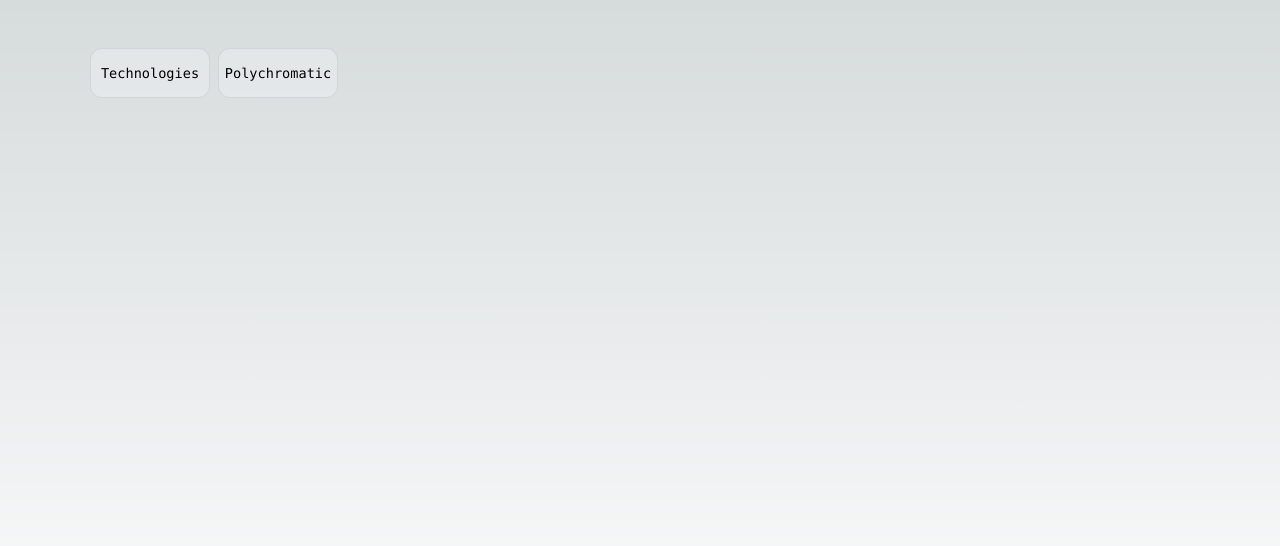
Repository: Baaam0/DCD_week7
Page: /
The author's editor kept a copy of each file at every save. The page is drawn from the files as they stood at one save, then again after the next save.
The browser window is 1280 px wide. The pictures show the whole page.
The page's requests for data from a server got no answer. Some web fonts or font styles are not loaded; a fallback is used. The project was rebuilt for these pictures with package versions that can differ from the ones it lists, and the page was loaded fresh each time. The framework's server and built-in components were replaced by stand-ins that run in the browser. No one was signed in, and anything a server would have sent is missing. Also part of the build but not shown: next.config.js.

Above is the page before, as saved 2023-02-18 02:02:14.

### pages/index.js
import Head from 'next/head'
import Image from 'next/image'
import styles from '@/styles/Home.module.css'
import { useEffect, useState } from 'react'
import axios from 'axios'
import Link from 'next/link'


export default function Home() {
  const [data, setData] = useState();

  const apiKey = "BKu0nr7SnBGOqKTSgWfcyr59UwXtwa7g3dY4YQrC";
  const url = `https://api.nasa.gov/techtransfer/patent/?q=10&engine&api_key=${apiKey}`

  const getTechTransferData = async () => {
    const res = await axios.get(url);
    const info = await res.data;
    console.log(info);
    setData(info)
  }

  useEffect(()=> {
    getTechTransferData();
  }, [])

  return (
    <>
      <Head>
        <title>Create Next App</title>
        <meta name="description" content="Generated by create next app" />
        <meta name="viewport" content="width=device-width, initial-scale=1" />
        <link rel="icon" href="/favicon.ico" />
      </Head>
      <main className={styles.main}>
        <div className={styles.description}>
          <p>
          <Link href="/">Technologies</Link>
          </p>
          <p>
          <Link href="/polychromatic">Polychromatic</Link>
          </p>
        </div>
        {
          data && data.results.map((tech, index) => {
            return (
              <div key={index}>
                {
                  tech && tech.map((t,ind) => {
                    if(ind === 10) {
                      return (
                        <div className={styles.box1}>
                          <Image src={t} alt={t} key={ind} width={120} height={120} className={styles.img}/>
                          <div className={styles.box}>
                            <div className={styles.txt}>
                              <h3>{tech[2]}</h3>
                              <p>{tech[3]}</p>
                            </div>
                          </div>
                        </div>
                      )
                    }
                  })
                }
              </div>
            )
          })
        }
      </main>
    </>
  )
}

### styles/Home.module.css
@import url('https://fonts.googleapis.com/css2?family=DotGothic16&display=swap');
@import url('https://fonts.googleapis.com/css2?family=Barlow:wght@300&display=swap');

.main {
  display: flex;
  flex-direction: column;
  justify-content: space-between;
  align-items: center;
  padding: 3rem;
  min-height: 100vh;
  background-color:
}

.description {
  display: flex;
  align-items: flex-start;
  font-size: 0.85rem;
  max-width: var(--max-width);
  width: 100%;
  z-index: 2;
  font-family: var(--font-mono);
}

.description a {
  display: flex;
  justify-content: center;
  align-items: center;
  gap: 0.5rem;
}

.description p {
  position: relative;
  margin-right: .5rem;
  padding: 1rem;
  background-color: rgba(var(--callout-rgb), 0.5);
  border: 1px solid rgba(var(--callout-border-rgb), 0.3);
  border-radius: var(--border-radius);
  width: 120px;
}

.code {
  font-weight: 700;
  font-family: var(--font-mono);
}

.grid {
  display: grid;
  grid-template-columns: repeat(4, minmax(25%, auto));
  width: var(--max-width);
  max-width: 100%;
}

.card {
  padding: 1rem 1.2rem;
  border-radius: var(--border-radius);
  background: rgba(var(--card-rgb), 0);
  border: 1px solid rgba(var(--card-border-rgb), 0);
  transition: background 200ms, border 200ms;
}

.card span {
  display: inline-block;
  transition: transform 200ms;
}

.card h2 {
  font-weight: 600;
  margin-bottom: 0.7rem;
}

.card p {
  margin: 0;
  opacity: 0.6;
  font-size: 0.9rem;
  line-height: 1.5;
  max-width: 30ch;
}

.center {
  display: flex;
  justify-content: center;
  align-items: center;
  position: relative;
  padding: 4rem 0;
}

.center::before {
  background: var(--secondary-glow);
  border-radius: 50%;
  width: 480px;
  height: 360px;
  margin-left: -400px;
}

.center::after {
  background: var(--primary-glow);
  width: 240px;
  height: 180px;
  z-index: -1;
}

.center::before,
.center::after {
  content: '';
  left: 50%;
  position: absolute;
  filter: blur(45px);
  transform: translateZ(0);
}

.logo,
.thirteen {
  position: relative;
}

.thirteen {
  display: flex;
  justify-content: center;
  align-items: center;
  width: 75px;
  height: 75px;
  padding: 25px 10px;
  margin-left: 16px;
  transform: translateZ(0);
  border-radius: var(--border-radius);
  overflow: hidden;
  box-shadow: 0px 2px 8px -1px #0000001a;
}

.thirteen::before,
.thirteen::after {
  content: '';
  position: absolute;
  z-index: -1;
}

/* Conic Gradient Animation */
.thirteen::before {
  animation: 6s rotate linear infinite;
  width: 200%;
  height: 200%;
  background: var(--tile-border);
}

/* Inner Square */
.thirteen::after {
  inset: 0;
  padding: 1px;
  border-radius: var(--border-radius);
  background: linear-gradient(
    to bottom right,
    rgba(var(--tile-start-rgb), 1),
    rgba(var(--tile-end-rgb), 1)
  );
  background-clip: content-box;
}

/* Enable hover only on non-touch devices */
@media (hover: hover) and (pointer: fine) {
  .card:hover {
    background: rgba(var(--card-rgb), 0.1);
    border: 1px solid rgba(var(--card-border-rgb), 0.15);
  }

  .card:hover span {
    transform: translateX(4px);
  }
}

@media (prefers-reduced-motion) {
  .thirteen::before {
    animation: none;
  }

  .card:hover span {
    transform: none;
  }
}

/* Mobile */
@media (max-width: 700px) {
  .content {
    padding: 4rem;
  }

  .grid {
    grid-template-columns: 1fr;
    margin-bottom: 120px;
    max-width: 320px;
    text-align: center;
  }

  .card {
    padding: 1rem 2.5rem;
  }

  .card h2 {
    margin-bottom: 0.5rem;
  }

  .center {
    padding: 8rem 0 6rem;
  }

  .center::before {
    transform: none;
    height: 300px;
  }

  .description {
    font-size: 0.8rem;
  }

  .description a {
    padding: 1rem;
  }

  .description p,
  .description div {
    display: flex;
    justify-content: center;
    position: fixed;
    width: 100%;
  }

  .description p {
    align-items: center;
    inset: 0 0 auto;
    padding: 2rem 1rem 1.4rem;
    border-radius: 0;
    border: none;
    border-bottom: 1px solid rgba(var(--callout-border-rgb), 0.25);
    background: linear-gradient(
      to bottom,
      rgba(var(--background-start-rgb), 1),
      rgba(var(--callout-rgb), 0.5)
    );
    background-clip: padding-box;
    backdrop-filter: blur(24px);
  }

  .description div {
    align-items: flex-end;
    pointer-events: none;
    inset: auto 0 0;
    padding: 2rem;
    height: 200px;
    background: linear-gradient(
      to bottom,
      transparent 0%,
      rgb(var(--background-end-rgb)) 40%
    );
    z-index: 1;
  }
}

/* Tablet and Smaller Desktop */
@media (min-width: 701px) and (max-width: 1120px) {
  .grid {
    grid-template-columns: repeat(2, 50%);
  }
}

@media (prefers-color-scheme: dark) {
  .vercelLogo {
    filter: invert(1);
  }

  .logo,
  .thirteen img {
    filter: invert(1) drop-shadow(0 0 0.3rem #ffffff70);
  }
}

@keyframes rotate {
  from {
    transform: rotate(360deg);
  }
  to {
    transform: rotate(0deg);
  }
}

.box1 {
  display: flex;
  flex-direction: row;
  margin: 1.5rem;
  width: 100%;
  justify-content: space-between;
}
.box {
  display: flex;
  justify-content: center;
  align-items: center;
  height: 100%;
  max-width: 700px;
  padding: 1rem;
  border-radius: var(--border-radius);
  background: rgba(var(--card-rgb), 50);
  transition: background 200ms, border 200ms;
}

.img {
  border-radius: 50%;
  background: rgba(var(--card-rgb), 50);
  margin-right: 2rem;
  margin-top: 0.2rem;
  transition: box-shadow 0.6s linear, border 200ms ease-out;
  box-shadow: 0px 0px 5px 5px #fee1a3c6;
}

.img:hover {
  box-shadow: 0px 0px 5px 7px #ffffff;
}

.txt {
  margin: 1rem;
  font-family: 'Barlow', sans-serif;

}

.txt h3 {
  font-weight: 600;
  margin-bottom: 0.5rem;
}

Loaded but not shown: pages/_app.js (common file); pages/_document.js (common file); styles/globals.css (common file)

After the next save:
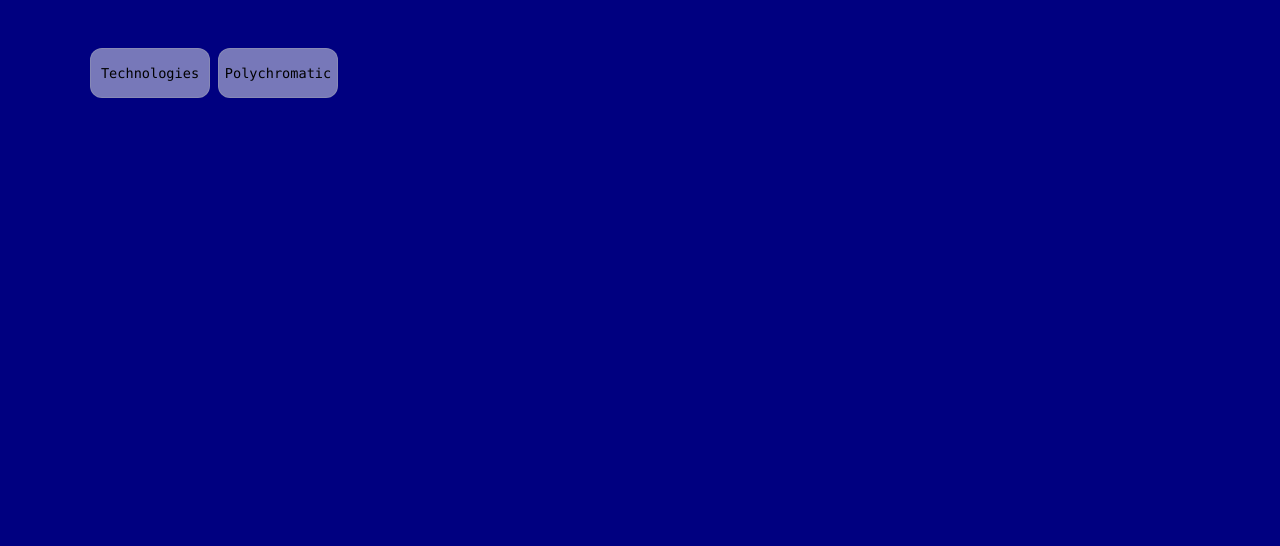
Saved 5 s later.
--- a/styles/Home.module.css
+++ b/styles/Home.module.css
@@ -8,7 +8,7 @@
   align-items: center;
   padding: 3rem;
   min-height: 100vh;
-  background-color:
+  background-color: navy
 }
 
 .description {
